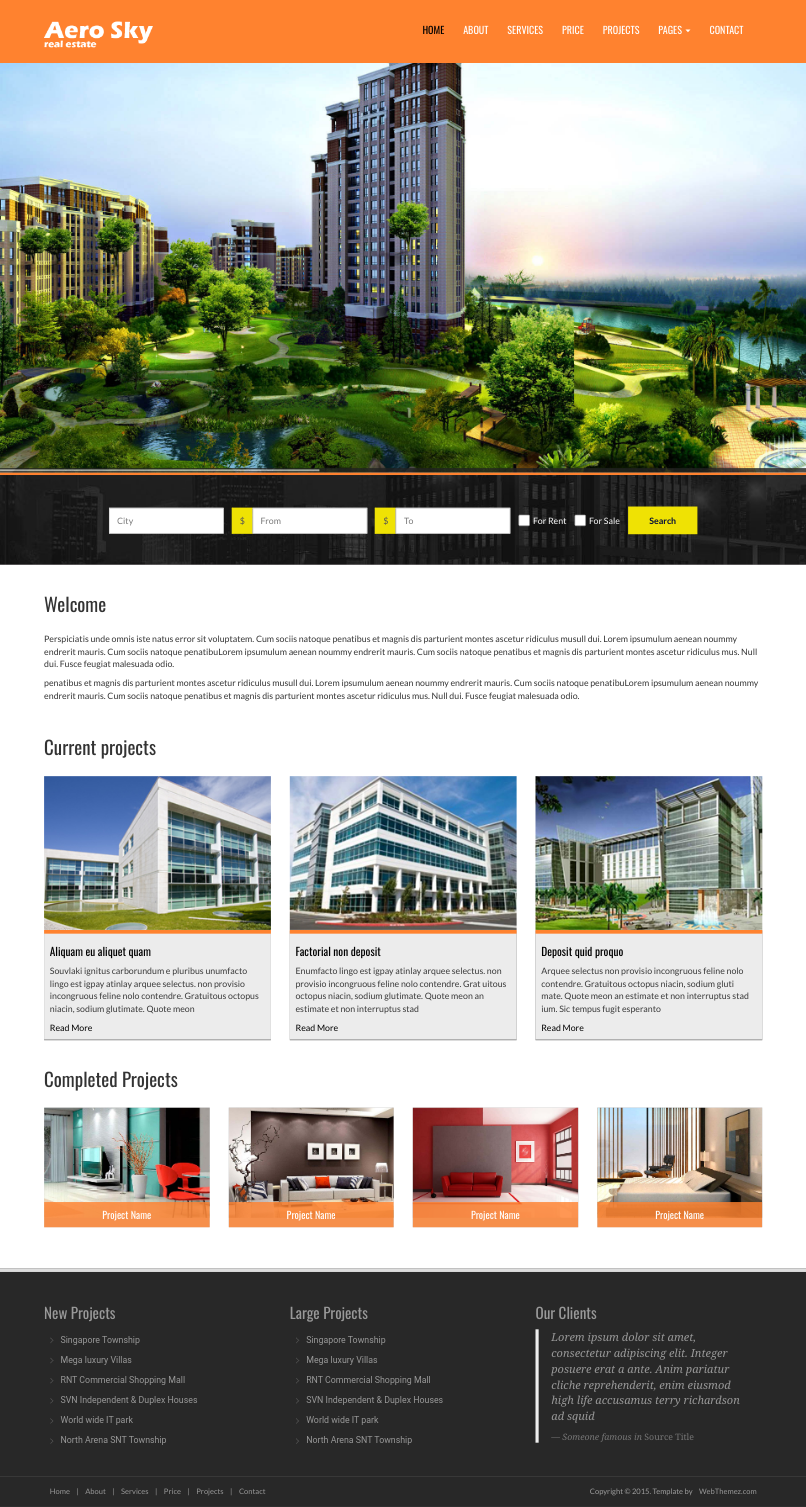
Repository: james19999/gestion
Page: http://localhost/
These files come from the project's save history. The page is drawn as it stood at one moment and after the next save; the edit follows.
The browser window is 1280 px wide. The pictures show the whole page, at 63% of full size.
The page is served by the project's Laravel application, run on PHP 8.4 with Laravel 8. Other server files are loaded and not shown.

Above is the page before, as saved 2021-11-02 15:55:59.

### routes/web.php
<?php

use Illuminate\Support\Facades\Route;

/*
|--------------------------------------------------------------------------
| Web Routes
|--------------------------------------------------------------------------
|
| Here is where you can register web routes for your application. These
| routes are loaded by the RouteServiceProvider within a group which
| contains the "web" middleware group. Now create something great!
|
*/

Route::get('/', function () {
    return view('welcome');
});


Route::get('/toto', function () {
    return 'Hello World';
});
Route::get('/produits', function () {
     return view('produit/al');
});
// Route::get('/PTT', function () {
//     return view('produit/ab');

// });

Route::view('/PTT','produit.ab');

Route::view('/contact','AN.contact')->name('contact');
Route::view('/a_propos','AN.a_propos')->name('a_propos');

### resources/views/welcome.blade.php
<!DOCTYPE html>
<html lang="en">
<head>
	<meta charset="utf-8">
	<meta name="viewport" content="width=device-width, initial-scale=1.0">
	<meta name="description" content="Real Estate Builders Free Responsive Website Templates - icon">
	<meta name="author" content="webThemez.com">
	<title>Real Estate Builders Free Responsive Website - icon</title>
	<link rel="favicon" href="assets/images/favicon.png">
	<link rel="stylesheet" media="screen" href="http://fonts.googleapis.com/css?family=Open+Sans:300,400,700">
	<link rel="stylesheet" href="{{ asset('assets/css/bootstrap.min.css') }}">
	<link rel="stylesheet" href="{{ asset('assets/css/font-awesome.min.css') }}">
	<link rel="stylesheet" href="{{ asset('assets/css/bootstrap-theme.css') }}" media="screen">
	<link rel="stylesheet" href="{{ asset('assets/css/style.css') }}">
    <link rel='stylesheet' id='camera-css'  href='{{ asset('assets/css/camera.css') }}' type='text/css' media='all'>
	<!-- HTML5 shim and Respond.js IE8 support of HTML5 elements and media queries -->
	<!--[if lt IE 9]>
	<script src="assets/js/html5shiv.js"></script>
	<script src="assets/js/respond.min.js"></script>
	<![endif]-->
</head>
<body>
	<!-- Fixed navbar -->


	<!-- /.navbar -->
      @include('partials.nav')
	<!-- Header -->
	<header id="head">
		<div class="container">
					<div class="fluid_container">
                    <div class="camera_wrap camera_emboss pattern_1" id="camera_wrap_4">
                        <div data-thumb="assets/images/slides/thumbs/slide1.jpg" data-src="assets/images/slides/slide1.jpg">
                        </div>
                        <div data-thumb="assets/images/slides/thumbs/slide2.jpg" data-src="assets/images/slides/slide2.jpg">
                        </div>
                        <div data-thumb="assets/images/slides/thumbs/slide3.jpg" data-src="assets/images/slides/slide3.jpg">
                        </div>
                    </div><!-- #camera_wrap_3 -->
                </div><!-- .fluid_container -->
		</div>
	</header>
	<!-- /Header -->
<section id="search">
<div class="search-panel">
                <form class="form-inline" role="form">
                    <div class="form-group">
                        <input type="text" class="form-control" id="city" placeholder="City" autocomplete="off">
                    </div>
                    <div class="form-group hidden-xs adv">
                        <div class="input-group">
                            <div class="input-group-addon">$</div>
                            <input class="form-control price" type="text" placeholder="From">
                        </div>
                    </div>
                    <div class="form-group hidden-xs adv">
                        <div class="input-group">
                            <div class="input-group-addon">$</div>
                            <input class="form-control price" type="text" placeholder="To">
                        </div>
                    </div>
                    <div class="form-group hidden-xs adv">
                        <div class="checkbox custom-checkbox"><label><input type="checkbox"><span class="fa fa-check"></span> For Rent</label></div>
                    </div>
                    <div class="form-group hidden-xs adv">
                        <div class="checkbox custom-checkbox"><label><input type="checkbox"><span class="fa fa-check"></span> For Sale</label></div>
                    </div>
                    <div class="form-group">
                        <a href="" class="btn btnsearch">Search</a>
                    </div>
                </form>
            </div>
</section>
      <section class="secpadding">
	  <div class="container">
      <div class="row">
      	<div class="col-md-12"><div class="title-box clearfix "><h2 class="title-box_primary">Welcome</h2></div>
        <p>Perspiciatis unde omnis iste natus error sit voluptatem. Cum sociis natoque penatibus et magnis dis parturient montes ascetur ridiculus musull dui. Lorem ipsumulum aenean noummy endrerit mauris. Cum sociis natoque penatibuLorem ipsumulum aenean noummy endrerit mauris. Cum sociis natoque penatibus et magnis dis parturient montes ascetur ridiculus mus. Null dui. Fusce feugiat malesuada odio.</p>
		<p>penatibus et magnis dis parturient montes ascetur ridiculus musull dui. Lorem ipsumulum aenean noummy endrerit mauris. Cum sociis natoque penatibuLorem ipsumulum aenean noummy endrerit mauris. Cum sociis natoque penatibus et magnis dis parturient montes ascetur ridiculus mus. Null dui. Fusce feugiat malesuada odio.</p> </div>
        </div>
		</div>
		</section>
      <section class="news-box">
        <div class="container">
            <h2><span>Current projects</span></h2>
            <div class="row">

                    <div class="col-md-4 col-sm-6 col-xs-12">
                        <div class="thumbnail thumbnail4">
                            <img src="assets/images/news2.jpg" alt="">

                            <div class="caption">
                                <h4>
                                    <a href="#">
                                        Aliquam eu aliquet quam
                                    </a>
                                </h4>

                                <p>
                                    Souvlaki ignitus carborundum e pluribus unumfacto lingo est igpay atinlay arquee
                                    selectus. non provisio incongruous feline nolo contendre. Gratuitous octopus niacin,
                                    sodium glutimate. Quote meon
                                </p>
                                <a href="#" data-title="Read More" class="btn-link"><span>Read More</span></a>
                            </div>
                        </div>
                    </div>
                    <div class="col-md-4 col-sm-6 col-xs-12">
                        <div class="thumbnail thumbnail4">
                            <img src="assets/images/news3.jpg" alt="">

                            <div class="caption">
                                <h4>
                                    <a href="#">
                                        Factorial non deposit
                                    </a>
                                </h4>

                                <p>
                                    Enumfacto lingo est igpay atinlay arquee selectus.
                                    non provisio incongruous feline nolo contendre. Grat uitous octopus niacin, sodium
                                    glutimate. Quote meon an estimate et non interruptus stad
                                </p>
                                <a href="#" data-title="Read More" class="btn-link"><span>Read More</span></a>
                            </div>
                        </div>
                    </div>
                    <div class="col-md-4 col-sm-6 col-xs-12">
                        <div class="thumbnail thumbnail4">
                            <img src="assets/images/news4.jpg" alt="">

                            <div class="caption">
                                <h4>
                                    <a href="#">
                                        Deposit quid proquo
                                    </a>
                                </h4>

                                <p>
                                    Arquee selectus non provisio incongruous feline nolo contendre. Gratuitous octopus
                                    niacin, sodium gluti mate. Quote meon an estimate et non interruptus stad ium. Sic
                                    tempus fugit esperanto
                                </p>
                                <a href="#" data-title="Read More" class="btn-link"><span>Read More</span></a>
                            </div>
                        </div>
                    </div>

                </div>
        </div>
    </section>

  <section id="packages" class="secpadding">
        <div class="container">
             <h2><span>Completed Projects</span></h2>

        	 <div class="row">
                <div class="col-md-3 col-sm-6">
                            <div class="cuadro_intro_hover " style="background-color:#cccccc;">
                                <p style="text-align:center;">
                                    <img src="assets/images/pic/pic-5.jpg" class="img-responsive" alt="">
                                </p>
                                <div class="caption">
                                    <div class="blur"></div>
                                    <div class="caption-text">
                                        <h3>Project Name</h3>
                                        <a class=" btn btn-default" href="#">$4600</i></a>
                                    </div>
                                </div>
                            </div>

                </div>
                <div class="col-md-3  col-sm-6">
                            <div class="cuadro_intro_hover " style="background-color:#cccccc;">
                                <p style="text-align:center;">
                                    <img src="assets/images/pic/pic-6.jpg" class="img-responsive" alt="">
                                </p>
                                <div class="caption">
                                    <div class="blur"></div>
                                    <div class="caption-text">
                                         <h3>Project Name</h3>
                                        <a class=" btn btn-default" href="#">$4600</i></a>
                                    </div>
                                </div>
                            </div>

                </div>
                <div class="col-md-3  col-sm-6">
                            <div class="cuadro_intro_hover " style="background-color:#cccccc;">
                                <p style="text-align:center;">
                                    <img src="assets/images/pic/pic-7.jpg" class="img-responsive" alt="">
                                </p>
                                <div class="caption">
                                    <div class="blur"></div>
                                    <div class="caption-text">
                                         <h3>Project Name</h3>
                                        <a class=" btn btn-default" href="#">$4600</i></a>
                                    </div>
                                </div>
                            </div>

                </div>
                <div class="col-md-3  col-sm-6">
                            <div class="cuadro_intro_hover " style="background-color:#cccccc;">
                                <p style="text-align:center;">
                                    <img src="assets/images/pic/pic-8.jpg" class="img-responsive" alt="">
                                </p>
                                <div class="caption">
                                    <div class="blur"></div>
                                    <div class="caption-text">
                                         <h3>Project Name</h3>
                                        <a class=" btn btn-default" href="#">$4600</i></a>
                                    </div>
                                </div>
                            </div>

                </div>
            </div>
         </div>
    </section>

      <section class="btm-section secpadding">
	  <div class="container">
      <div class="row">
      	    <div class="col-md-4"><div class="title-box clearfix "><h3 class="title-box_primary">New Projects</h3></div>
            <div class="list styled custom-list">
            <ul>
            <li><a title="Snatoque penatibus et magnis dis partu rient montes ascetur ridiculus mus." href="#">Singapore Township</a></li>
            <li><a title="Fusce feugiat malesuada odio. Morbi nunc odio gravida at cursus nec luctus." href="#">Mega luxury Villas</a></li>
            <li><a title="Penatibus et magnis dis parturient montes ascetur ridiculus mus." href="#">RNT Commercial Shopping Mall</a></li>
            <li><a title="Morbi nunc odio gravida at cursus nec luctus a lorem. Maecenas tristique orci." href="#">SVN Independent & Duplex Houses</a></li>
            <li><a title="Snatoque penatibus et magnis dis partu rient montes ascetur ridiculus mus." href="#">World wide IT park</a></li>
            <li><a title="Fusce feugiat malesuada odio. Morbi nunc odio gravida at cursus nec luctus." href="#">North Arena SNT Township</a></li>
            </ul>
            </div>
         </div>

        <div class="col-md-4"><div class="title-box clearfix "><h3 class="title-box_primary">Large Projects</h3></div>
            <div class="list styled custom-list">
            <ul>
            <li><a title="Snatoque penatibus et magnis dis partu rient montes ascetur ridiculus mus." href="#">Singapore Township</a></li>
            <li><a title="Fusce feugiat malesuada odio. Morbi nunc odio gravida at cursus nec luctus." href="#">Mega luxury Villas</a></li>
            <li><a title="Penatibus et magnis dis parturient montes ascetur ridiculus mus." href="#">RNT Commercial Shopping Mall</a></li>
            <li><a title="Morbi nunc odio gravida at cursus nec luctus a lorem. Maecenas tristique orci." href="#">SVN Independent & Duplex Houses</a></li>
            <li><a title="Snatoque penatibus et magnis dis partu rient montes ascetur ridiculus mus." href="#">World wide IT park</a></li>
            <li><a title="Fusce feugiat malesuada odio. Morbi nunc odio gravida at cursus nec luctus." href="#">North Arena SNT Township</a></li>
            </ul>
            </div>
         </div>
         <div class="col-md-4"><div class="title-box clearfix "><h3 class="title-box_primary">Our Clients</h3></div>
            <blockquote class="blockquote-1">
					<p>Lorem ipsum dolor sit amet, consectetur adipiscing elit. Integer posuere erat a ante. Anim pariatur cliche reprehenderit, enim eiusmod high life accusamus terry richardson ad squid</p>
					<small>Someone famous in <cite title="Source Title">Source Title</cite></small>
				</blockquote></div>

      </div></div>
      </section>


    <footer id="footer">

		<div class="footer2">
			<div class="container">
				<div class="row">

					<div class="col-md-6 panel">
						<div class="panel-body">
							<p class="simplenav">
								<a href="index.html">Home</a> |
								<a href="about.html">About</a> |
								<a href="services.html">Services</a> |
								<a href="price.html">Price</a> |
								<a href="projects.html">Projects</a> |
								<a href="contact.html">Contact</a>
							</p>
						</div>
					</div>

					<div class="col-md-6 panel">
						<div class="panel-body">
							<p class="text-right">
								Copyright &copy; 2015. Template by <a href="http://webthemez.com/" rel="develop">WebThemez.com</a>
							</p>
						</div>
					</div>

				</div>
				<!-- /row of panels -->
			</div>
		</div>
	</footer>

	<!-- JavaScript libs are placed at the end of the document so the pages load faster -->
	<script src="assets/js/modernizr-latest.js"></script>
	<script type='text/javascript' src='{{ asset('assets/js/jquery.min.js') }}'></script>
    <script type='text/javascript' src='{{ asset('assets/js/fancybox/jquery.fancybox.pack.js') }}'></script>

    <script type='text/javascript' src='assets/js/jquery.mobile.customized.min.js'></script>
    <script type='text/javascript' src='assets/js/jquery.easing.1.3.js'></script>
    <script type='text/javascript' src='assets/js/camera.min.js'></script>
    <script src="assets/js/bootstrap.min.js"></script>
	<script src="assets/js/custom.js"></script>
    <script>
		jQuery(function(){

			jQuery('#camera_wrap_4').camera({
				height: '750',
				loader: 'bar',
				pagination: false,
				thumbnails: false,
				hover: false,
				opacityOnGrid: false,
				imagePath: 'assets/images/'
			});

		});
	</script>

</body>
</html>

### resources/views/partials/nav.blade.php
<div class="navbar navbar-inverse">
    <div class="container">
        <div class="navbar-header">
            <!-- Button for smallest screens -->
            <button type="button" class="navbar-toggle" data-toggle="collapse" data-target=".navbar-collapse"><span class="icon-bar"></span><span class="icon-bar"></span><span class="icon-bar"></span></button>
            <a class="navbar-brand" href="index.html">
                <img src="{{ asset('assets/images/logo.png') }}" alt="Techro HTML5 template"></a>
        </div>
        <div class="navbar-collapse collapse">
            <ul class="nav navbar-nav pull-right mainNav">
                <li class="active"><a href="index.html">Home</a></li>
                <li><a href="about.html">About</a></li>
                <li><a href="services.html">Services</a></li>
                <li><a href="price.html">Price</a></li>
                <li><a href="projects.html">Projects</a></li>
                <li class="dropdown">
                    <a href="#" class="dropdown-toggle" data-toggle="dropdown">Pages <b class="caret"></b></a>
                    <ul class="dropdown-menu">
                        <li><a href="sidebar-right.html">Right Sidebar</a></li>
                        <li><a href="#">Dummy Link1</a></li>
                        <li><a href="#">Dummy Link2</a></li>
                        <li><a href="#">Dummy Link3</a></li>
                    </ul>
                </li>
                <li><a href="contact.html">Contact</a></li>

            </ul>
        </div>
        <!--/.nav-collapse -->
    </div>
</div>

Loaded but not shown: public/assets/css/bootstrap.min.css (library); public/assets/css/font-awesome.min.css (library); public/assets/css/bootstrap-theme.css (library); public/assets/js/modernizr-latest.js (library); public/assets/js/jquery.min.js (library); public/assets/js/fancybox/jquery.fancybox.pack.js (library); public/assets/js/jquery.mobile.customized.min.js (library); public/assets/js/jquery.easing.1.3.js (library); public/assets/js/camera.min.js (library); public/assets/js/bootstrap.min.js (library); public/assets/js/custom.js (62 lines, source omitted); public/assets/css/camera.css (1068 lines, source omitted); public/assets/css/style.css (1083 lines, source omitted)

After the next save:
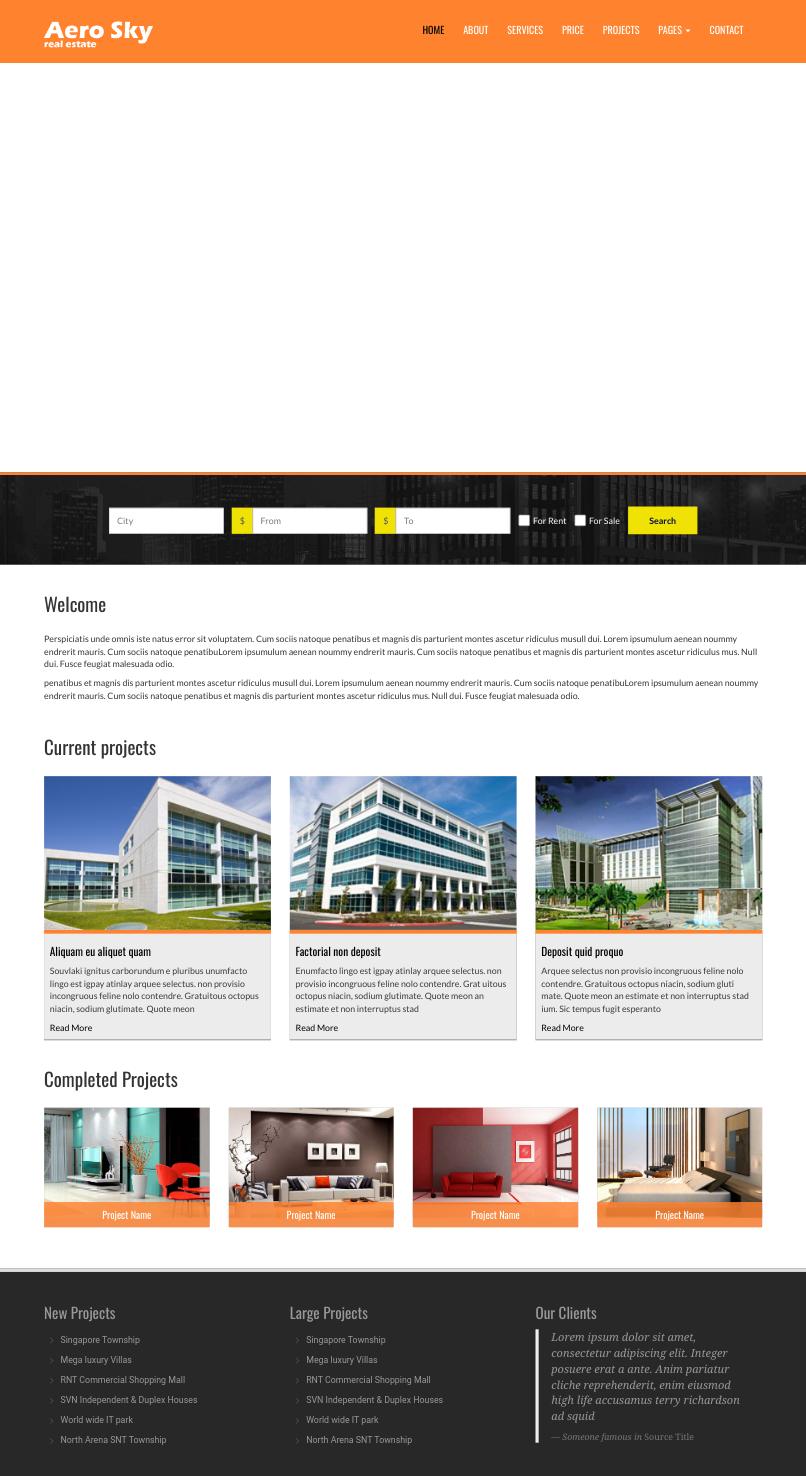
Saved 3 min 23 s later.
--- a/resources/views/welcome.blade.php
+++ b/resources/views/welcome.blade.php
@@ -257,64 +257,7 @@
       </section>
 
 
-    <footer id="footer">
-
-		<div class="footer2">
-			<div class="container">
-				<div class="row">
-
-					<div class="col-md-6 panel">
-						<div class="panel-body">
-							<p class="simplenav">
-								<a href="index.html">Home</a> |
-								<a href="about.html">About</a> |
-								<a href="services.html">Services</a> |
-								<a href="price.html">Price</a> |
-								<a href="projects.html">Projects</a> |
-								<a href="contact.html">Contact</a>
-							</p>
-						</div>
-					</div>
-
-					<div class="col-md-6 panel">
-						<div class="panel-body">
-							<p class="text-right">
-								Copyright &copy; 2015. Template by <a href="http://webthemez.com/" rel="develop">WebThemez.com</a>
-							</p>
-						</div>
-					</div>
-
-				</div>
-				<!-- /row of panels -->
-			</div>
-		</div>
-	</footer>
-
-	<!-- JavaScript libs are placed at the end of the document so the pages load faster -->
-	<script src="assets/js/modernizr-latest.js"></script>
-	<script type='text/javascript' src='{{ asset('assets/js/jquery.min.js') }}'></script>
-    <script type='text/javascript' src='{{ asset('assets/js/fancybox/jquery.fancybox.pack.js') }}'></script>
-
-    <script type='text/javascript' src='assets/js/jquery.mobile.customized.min.js'></script>
-    <script type='text/javascript' src='assets/js/jquery.easing.1.3.js'></script>
-    <script type='text/javascript' src='assets/js/camera.min.js'></script>
-    <script src="assets/js/bootstrap.min.js"></script>
-	<script src="assets/js/custom.js"></script>
-    <script>
-		jQuery(function(){
-
-			jQuery('#camera_wrap_4').camera({
-				height: '750',
-				loader: 'bar',
-				pagination: false,
-				thumbnails: false,
-				hover: false,
-				opacityOnGrid: false,
-				imagePath: 'assets/images/'
-			});
-
-		});
-	</script>
+
 
 </body>
 </html>
